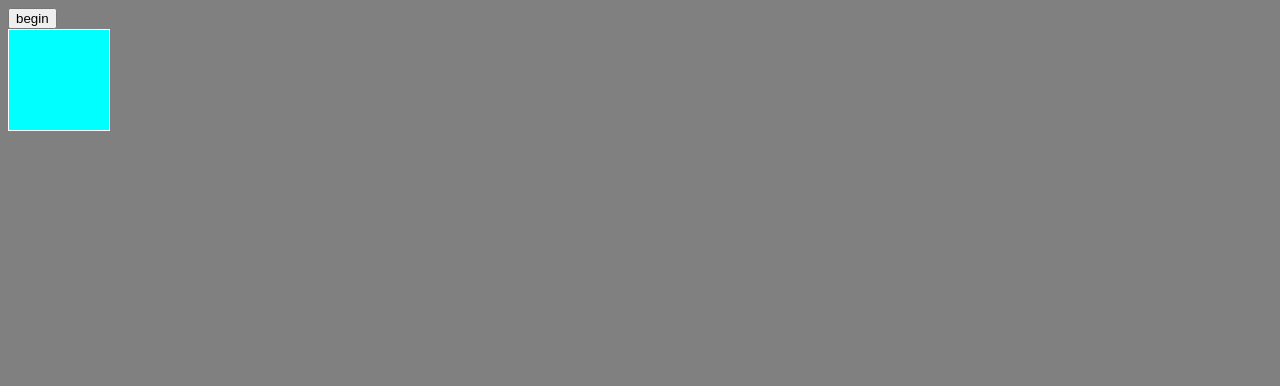
Repository: albinsabu2023/Stopwatch-program
Page: index.html
The author's editor kept a copy of each file at every save. The page is drawn from the files as they stood at one save, then again after the next save.
The browser window is 1280 px wide. The pictures show the whole page.
After loading, the first visible `#button` was clicked once.

Above is the page before, as saved 2023-03-03 19:51:53.

### index.html
<!DOCTYPE html>

<head>
    <meta charset="UTF-8">
    <meta http-equiv="X-UA-Compatible" content="IE=edge">
    <meta name="viewport" content="width=device-width, initial-scale=1.0">
    <link rel="stylesheet" href="style.css">
    <title>Document</title>
</head>
    <button id="button">begin</button>
   <div id="div"></div>

    <script src="index.js"></script>
</body>
</html>

### style.css
body{
color:white;
background-color: gray;
}
#div{
    background-color: aqua;
    height: 100px;
    width: 100px;
    position: relative;
    border: 1px solid;

}

### index.js
//event handlers addEventlistner
//---------------------------
// const innerdiv = document.getElementById("innerdiv");
// const outerdiv = document.getElementById("outerdiv");
// innerdiv.addEventListener("click", changeRed);

// outerdiv.addEventListener("click", changeRed);

// function changeRed() {
//   alert(`you selected ${this.id}`);
//   this.style.backgroundColor = "red";
// }

//toggle the image using a button
//----------------------------
// let img = document.querySelector("#image");
// let bt = document.querySelector("#button");
// bt.addEventListener("click", () => {
//   if (img.style.display == "none") {
//     img.style.display = "block";
//   } else {
//     img.style.display = "none";
//   }
// });
///or

// let img = document.querySelector("#image");
// let bt = document.querySelector("#button");
// bt.addEventListener("click", () => {
//   if (img.style.visibility == "hidden") {
//     img.style.visibility = "visible";
//   } else {
//     img.style.visibility = "hidden";
//   }
// });

//KEY  LISTNER to move a div

// let x = 0;
// let y = 0;
// const div = document.getElementById("div");
// window.addEventListener("keydown", changePos);
// function changePos(event) {
//   switch (event.key) {
//     case "ArrowDown":
//       y += 5;
//       div.style.top = y + "px";
//       break;
//     case "ArrowUp":
//       y -= 5;
//       div.style.top = y + "px";
//       break;
//     case "ArrowRight":
//       x += 5;
//       div.style.left = x + "px";
//       break;
//     case "ArrowLeft":
//       x -= 5;
//       div.style.left = x + "px";
//       break;
//     default:
//       break;
//   }
// }

//DIAGONEL ANIMATION
//----------------------
// const btn = document.getElementById("button");
// const div = document.getElementById("div");
// btn.addEventListener("click", begin);
// function begin() {
//   let x = 0;
//   let y = 0;
//   let timer = null;
//   timer = setInterval(frame, 5);
//   function frame() {
//     if (x >= 200 || y > 200) {
//       clearInterval(timer);
//     } else {
//       x += 1;
//       y += 1;
//       div.style.left = x + "px";
//       div.style.top = y + "px";
//     }
//   }
// }

const btn = document.getElementById("button");
const div = document.getElementById("div");

btn.addEventListener("click", move);
function move() {
  let degrees = 0;
  let x = 0;
  let y = 0;
  let timer = null;
  timer = setInterval(frame, 2);
  function frame() {
    if (degrees >= 360) {
      clearInterval(timer);
    } else {
      degrees += 1;
      div.style.transform = "rotateZ(" + degrees + "deg)";
    }
  }
}

After the next save:
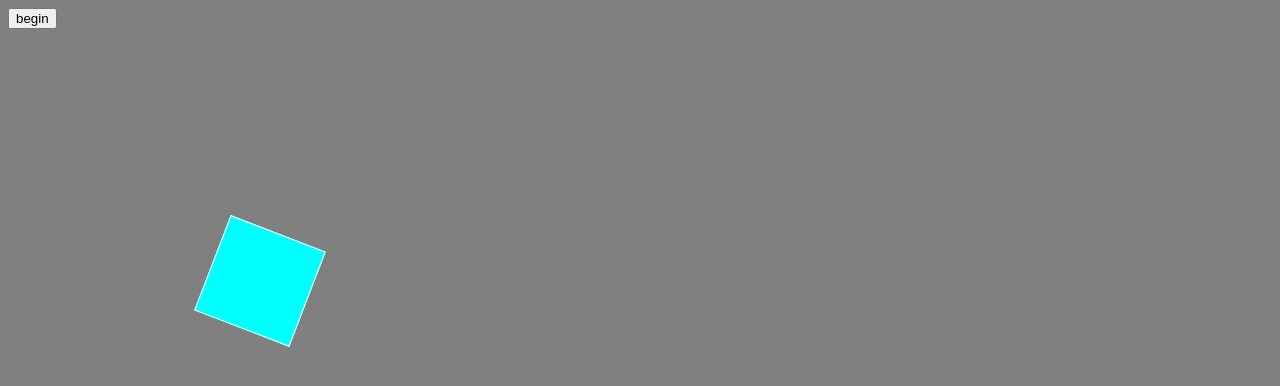
Saved 39 s later.
--- a/index.js
+++ b/index.js
@@ -96,11 +96,15 @@ function move() {
   let timer = null;
   timer = setInterval(frame, 2);
   function frame() {
-    if (degrees >= 360) {
+    if (x > 200 || y > 200) {
       clearInterval(timer);
     } else {
       degrees += 1;
+      x += 1;
+      y += 1;
       div.style.transform = "rotateZ(" + degrees + "deg)";
+      div.style.left = x + "px";
+      div.style.top = y + "px";
     }
   }
 }
